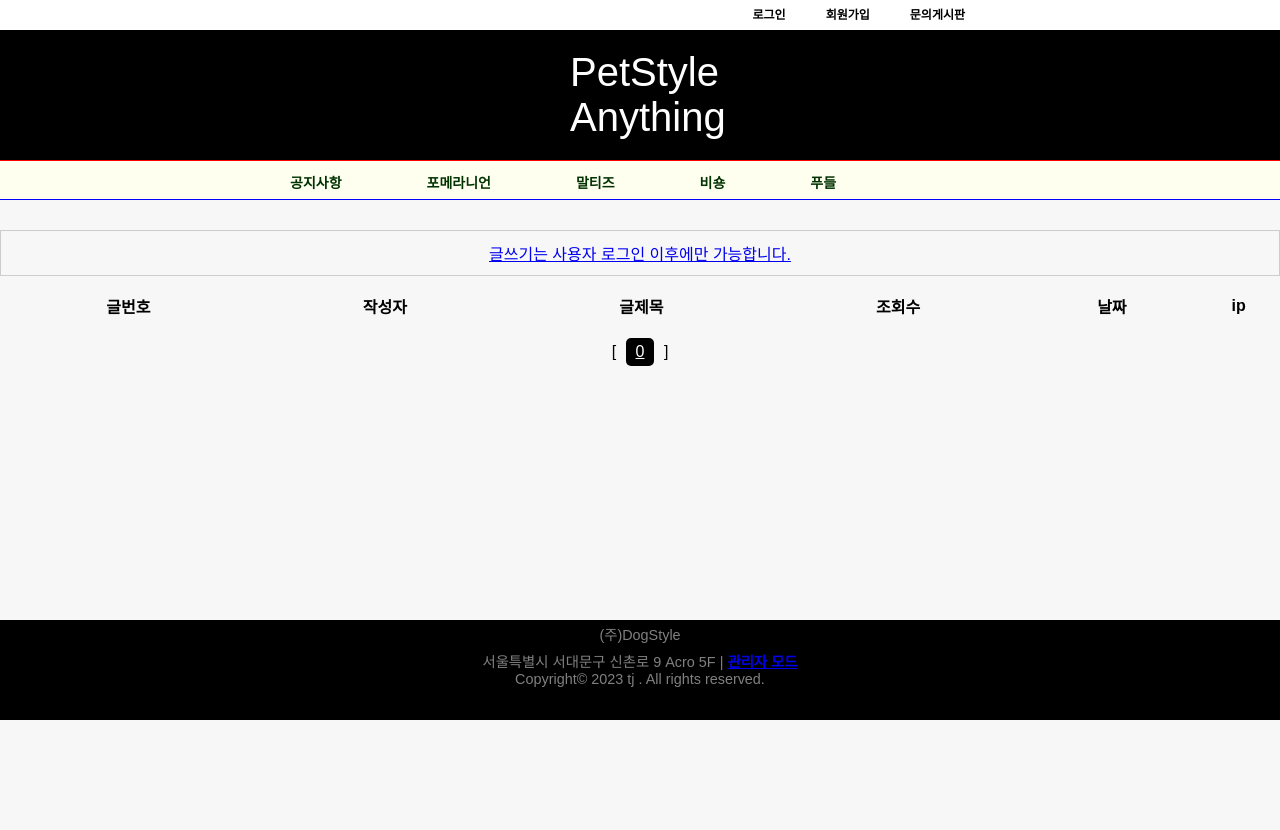
Repository: kdkk2000/Project
Page: http://localhost/petstyle/board/boardList.jsp
The author's editor kept a copy of each file at every save. The page is drawn from the files as they stood at one save, then again after the next save.
The browser window is 1280 px wide. The pictures show the whole page.
The page is served by Tomcat 9. The template is opened directly, without the code that normally fills it, so the values that code supplies are empty.

Above is the page before, as saved 2023-03-28 01:40:45.

After the next save:
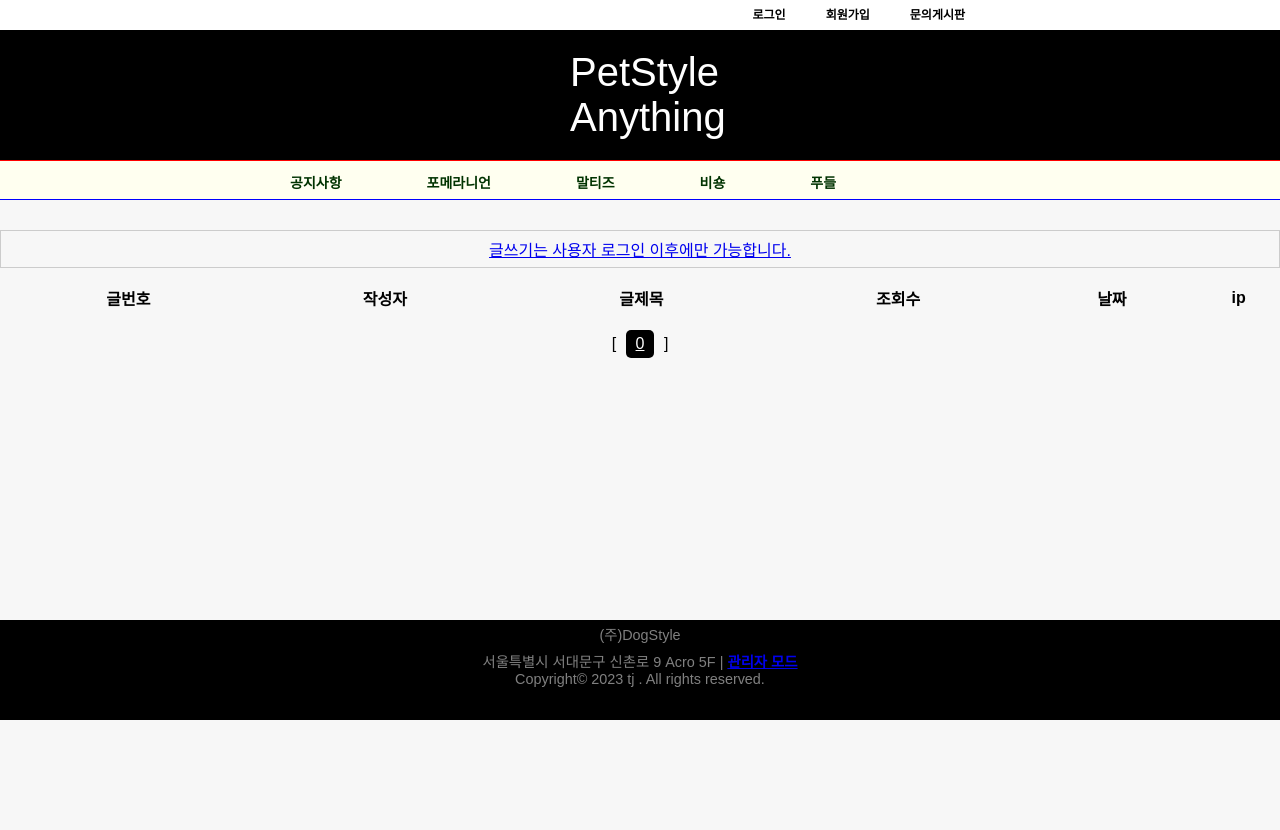
Saved 21 s later.
--- a/petstyle/WebContent/css/boardStyle.css
+++ b/petstyle/WebContent/css/boardStyle.css
@@ -61,7 +61,7 @@ table {
 }
 
 table td {
-  	padding: 10px;
+  	padding: 6px;
   	border: 1px solid #ccc;
   	text-align: center;
   	cursor: pointer;
